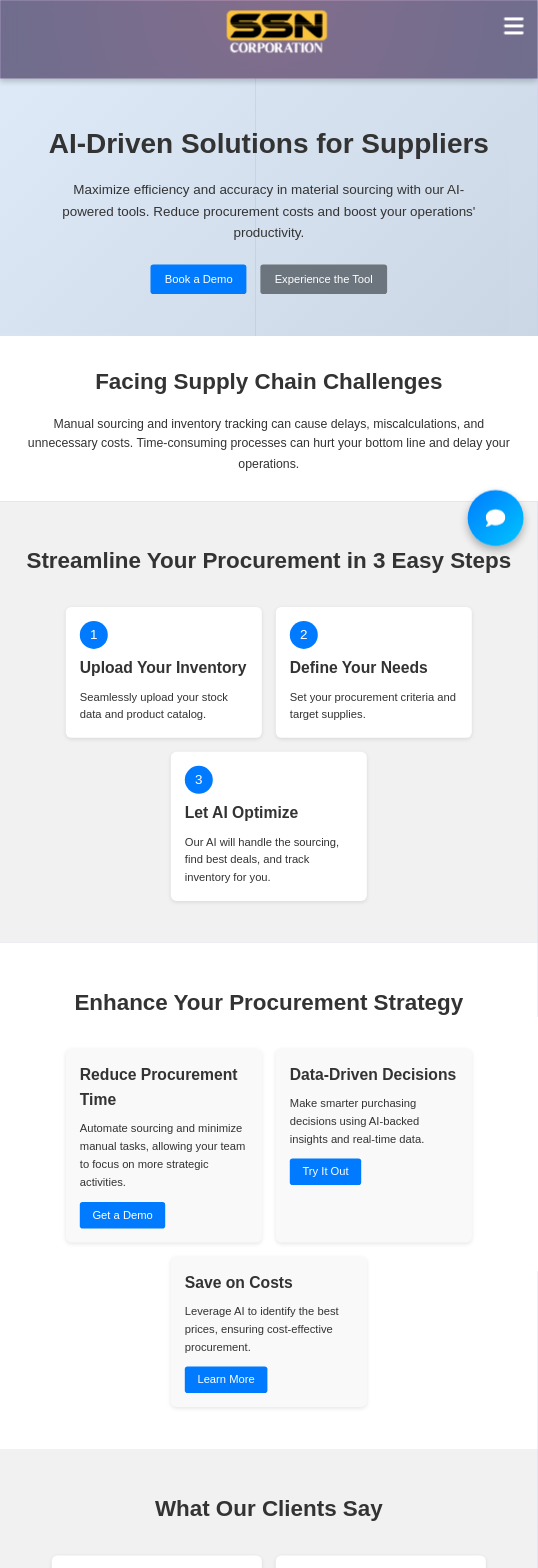
Repository: aabhashbasnet/SSNCorporation
Page: /who-we-serve/suppliers
An editor plug-in stored every save of this project. The page is shown before and after a run of saves, followed by the edit.
The browser window is 768 px wide. The pictures show the part of the page from y = 0 to 2240 px (the page is 3014 px tall before and 3691 px after), at 70% of full size.
Pictures or frames that could not be fetched are drawn as grey boxes. The project was rebuilt for these pictures with package versions that can differ from the ones it lists, and the page was loaded fresh each time. Also part of the build but not shown: src/components/Main/Main.jsx, src/components/Working/Working.css, src/components/Working/Working.jsx, src/components/Footer/Footer.jsx, src/pages/OurMission/OurMission.jsx, src/pages/LoginSignUp/LoginSignUp.css, src/pages/LoginSignUp/LoginSignUp.jsx, src/pages/Industries/Industries.jsx and 12 more.

Above is the page before, as saved 2025-02-11 12:41:05.

After the next 2 saves:
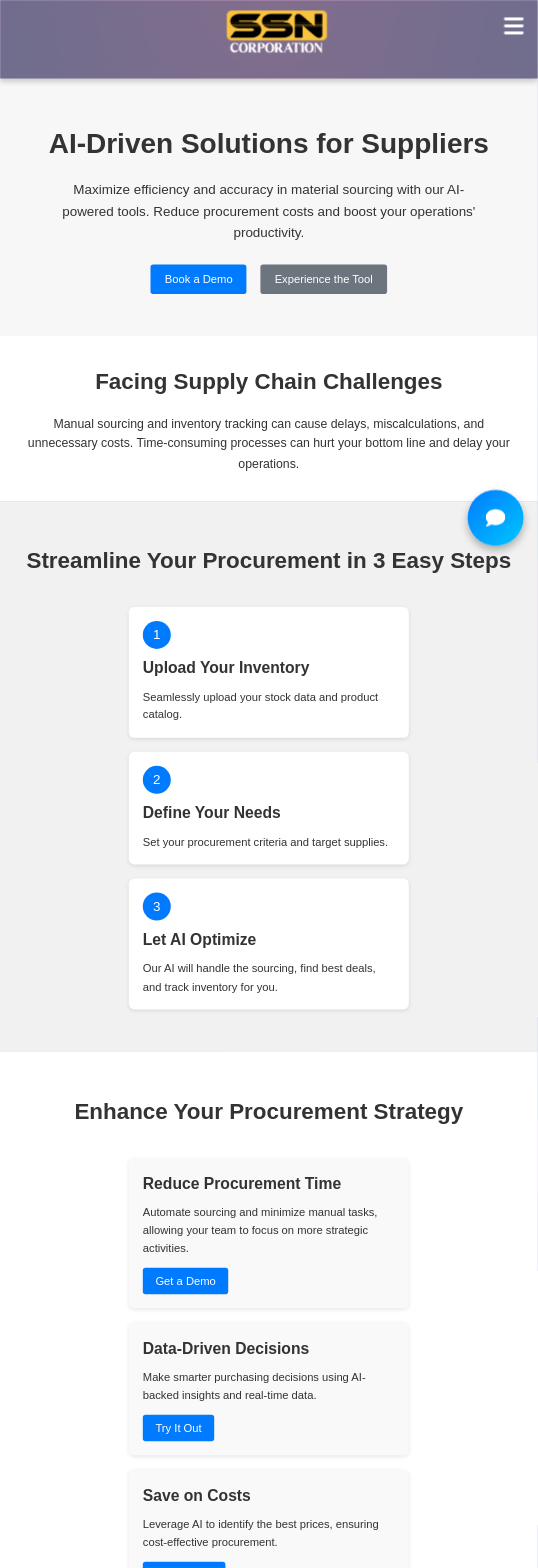
The 2 saves are shown as one change because they came seconds apart.
The last was saved 5 s later.
--- a/src/pages/WhoWeServe/Suppliers.css
+++ b/src/pages/WhoWeServe/Suppliers.css
@@ -7,41 +7,20 @@
 
   /* Hero Section */
   .hero {
-    background: linear-gradient(135deg, #f7f7f7 0%, #e2e2e2 100%);
-    padding: 60px 20px;
-    text-align: center;
-    position: relative;
-    overflow: hidden;
-  }
-
-  .hero::before {
-    content: '';
-    position: absolute;
-    top: 0;
-    left: 0;
-    right: 0;
-    bottom: 0;
-    background: rgba(0, 123, 255, 0.1);
-    z-index: 1;
-    animation: fadeIn 1s ease-in-out;
-  }
-
-  .hero-content {
-    position: relative;
-    z-index: 2;
+    background: #f7f7f7;
+    padding: 60px 20px;
+    text-align: center;
   }
 
   .hero-content h1 {
     font-size: 2.5rem;
     margin-bottom: 20px;
-    animation: slideIn 0.5s ease forwards;
   }
 
   .hero-content p {
     font-size: 1.2rem;
     max-width: 600px;
     margin: 0 auto 30px;
-    animation: fadeIn 0.7s ease forwards;
   }
 
   .hero-buttons {
@@ -54,7 +33,7 @@
     font-size: 1rem;
     border: none;
     cursor: pointer;
-    transition: background 0.3s ease, transform 0.3s ease;
+    transition: background 0.3s ease;
   }
 
   .cta-demo {
@@ -65,7 +44,6 @@
 
   .cta-demo:hover {
     background: #0056b3;
-    transform: translateY(-2px);
   }
 
   .cta-experience {
@@ -76,7 +54,6 @@
 
   .cta-experience:hover {
     background: #5a6268;
-    transform: translateY(-2px);
   }
 
   /* Challenges Section */
@@ -84,7 +61,6 @@
     padding: 40px 20px;
     text-align: center;
     background: #fff;
-    animation: fadeIn 0.5s ease forwards;
   }
 
   .challenges h2 {
@@ -124,11 +100,6 @@
     width: 280px;
     box-shadow: 0 2px 6px rgba(0, 0, 0, 0.1);
     text-align: left;
-    transition: transform 0.3s ease;
-  }
-
-  .step:hover {
-    transform: translateY(-5px);
   }
 
   .step-number {
@@ -179,11 +150,6 @@
     width: 280px;
     box-shadow: 0 2px 6px rgba(0, 0, 0, 0.1);
     text-align: left;
-    transition: transform 0.3s ease;
-  }
-
-  .benefit:hover {
-    transform: translateY(-5px);
   }
 
   .benefit h3 {
@@ -204,12 +170,11 @@
     background: #007bff;
     color: #fff;
     cursor: pointer;
-    transition: background 0.3s ease, transform 0.3s ease;
+    transition: background 0.3s ease;
   }
 
   .benefit button:hover {
     background: #0056b3;
-    transform: translateY(-2px);
   }
 
   /* Testimonials Section */
@@ -237,11 +202,6 @@
     padding: 20px;
     width: 300px;
     box-shadow: 0 2px 6px rgba(0, 0, 0, 0.1);
-    transition: transform 0.3s ease;
-  }
-
-  .testimonial:hover {
-    transform: translateY(-5px);
   }
 
   .testimonial-image-container {
@@ -273,4 +233,78 @@
   .categories {
     padding: 40px 20px;
     text-align: center;
-    background
+    background: #fff;
+  }
+
+  .categories h2 {
+    font-size: 2rem;
+    margin-bottom: 20px;
+  }
+
+  .categories ul {
+    list-style: none;
+    padding: 0;
+  }
+
+  .categories ul li {
+    font-size: 1.1rem;
+    margin: 10px 0;
+  }
+
+  /* Final Call-to-Action Section */
+  .cta-final {
+    padding: 60px 20px;
+    background: #007bff;
+    text-align: center;
+    color: #fff;
+  }
+
+  .cta-final h2 {
+    font-size: 2rem;
+    margin-bottom: 20px;
+  }
+
+  .cta-buttons button {
+    margin: 0 10px;
+    padding: 12px 20px;
+    font-size: 1rem;
+    border: none;
+    cursor: pointer;
+    border-radius: 4px;
+    transition: background 0.3s ease;
+  }
+
+  .cta-buttons .cta-demo {
+    background: #fff;
+    color: #007bff;
+  }
+
+  .cta-buttons .cta-demo:hover {
+    background: #e6e6e6;
+  }
+
+  .cta-buttons .cta-free {
+    background: #ffc107;
+    color: #333;
+  }
+
+  .cta-buttons .cta-free:hover {
+    background: #e0a800;
+  }
+
+  /* Responsive Styles */
+  @media (max-width: 768px) {
+    .steps,
+    .benefit-container,
+    .testimonial-container {
+      flex-direction: column;
+      align-items: center;
+    }
+
+    .step,
+    .benefit,
+    .testimonial {
+      width: 90%;
+      max-width: 400px;
+    }
+  }
